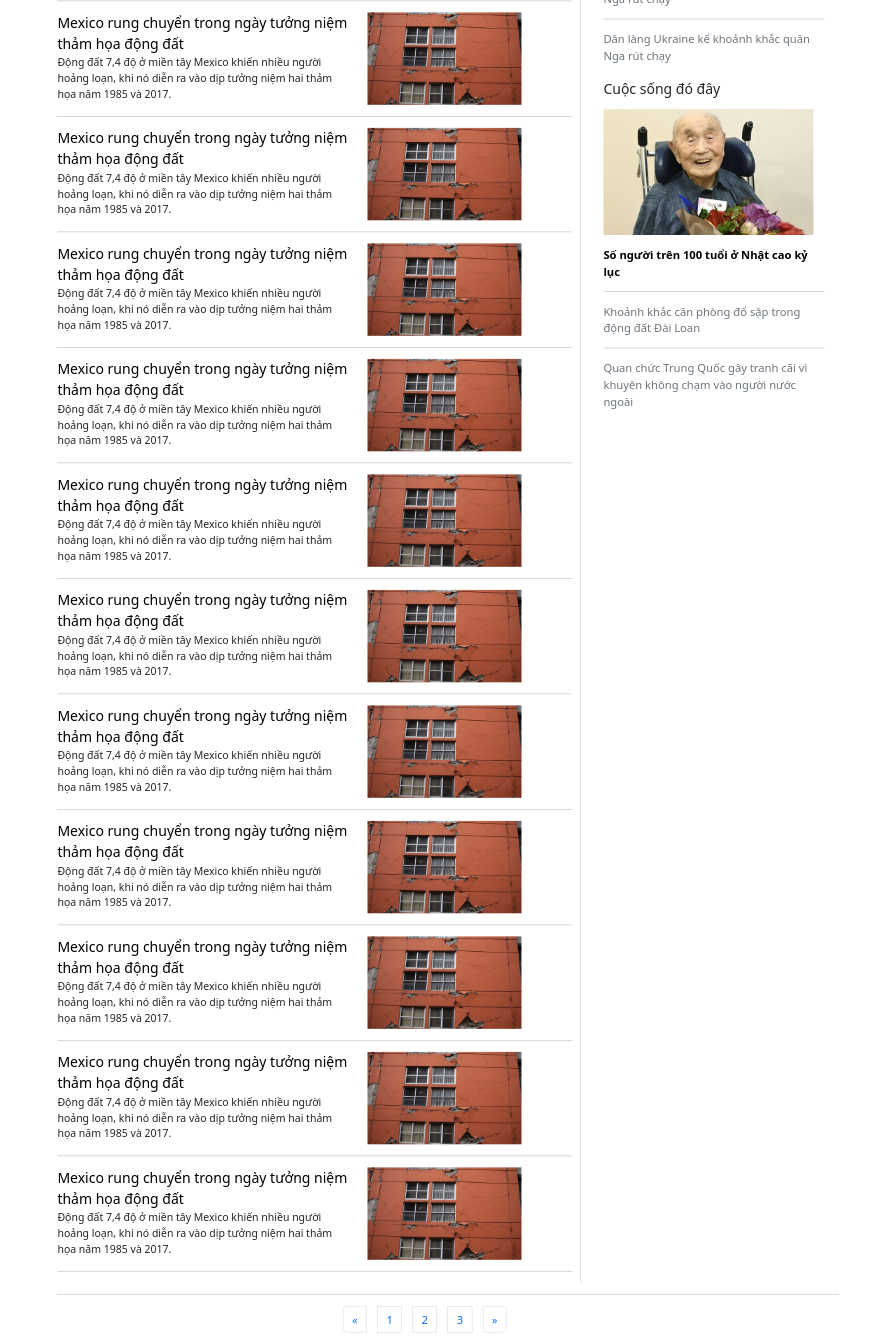
Repository: trongtamdev/lession1_html_sleepcloud
Page: vnExpress.html
These files come from the project's save history. The page is drawn as it stood at one moment and after the next save; the edit follows.
The browser window is 1280 px wide. The pictures show the part of the page from y = 2114 to 4034 px (the page is 4034 px tall), at 70% of full size.

Above is the page before, as saved 2022-09-21 14:23:41.

After the next save:
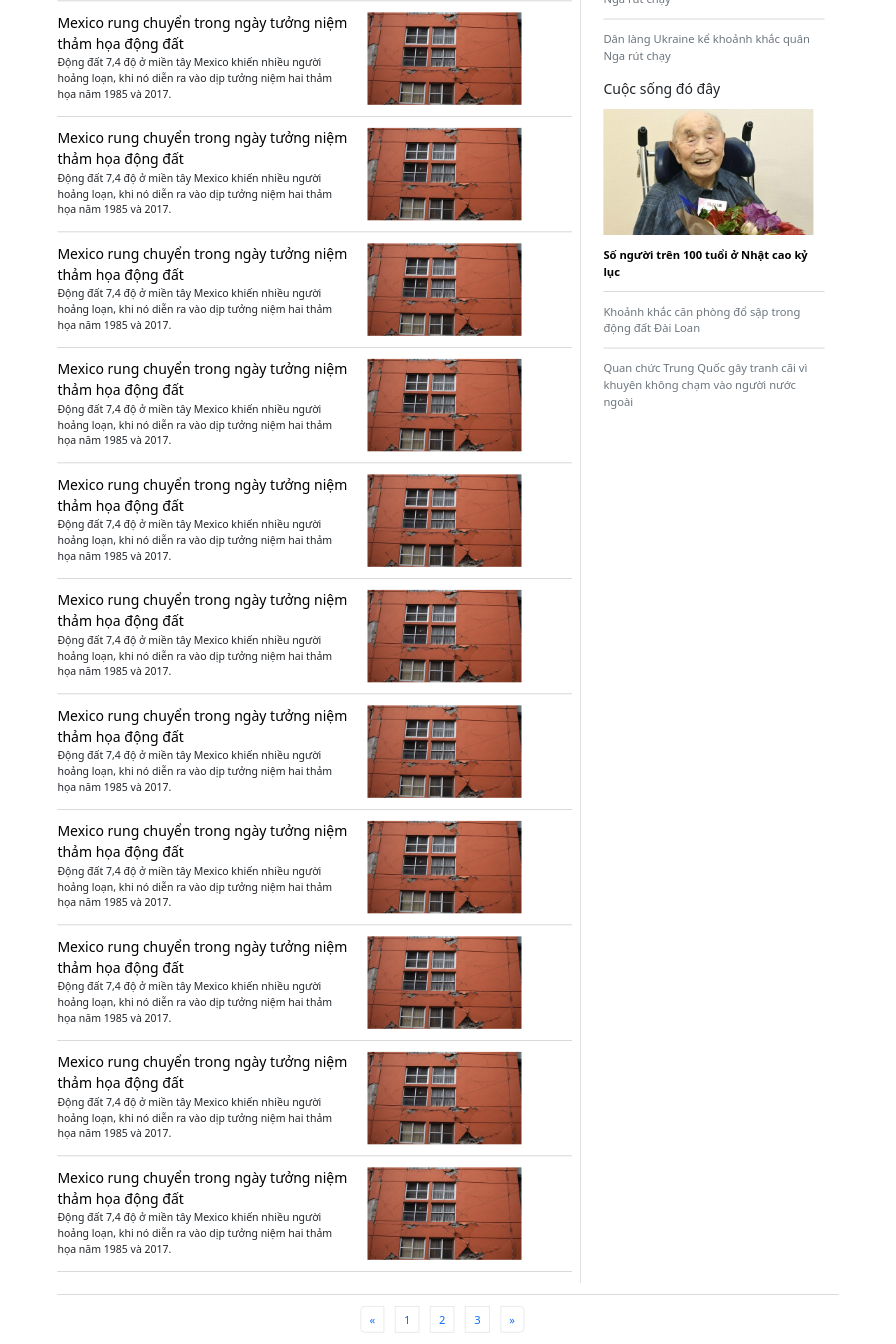
Saved 9 s later.
--- a/styles/main.css
+++ b/styles/main.css
@@ -83,5 +83,5 @@ a{
 }
 
 .pagination{
-    margin-left: 400px;
+    margin-left: 425px;
 }
